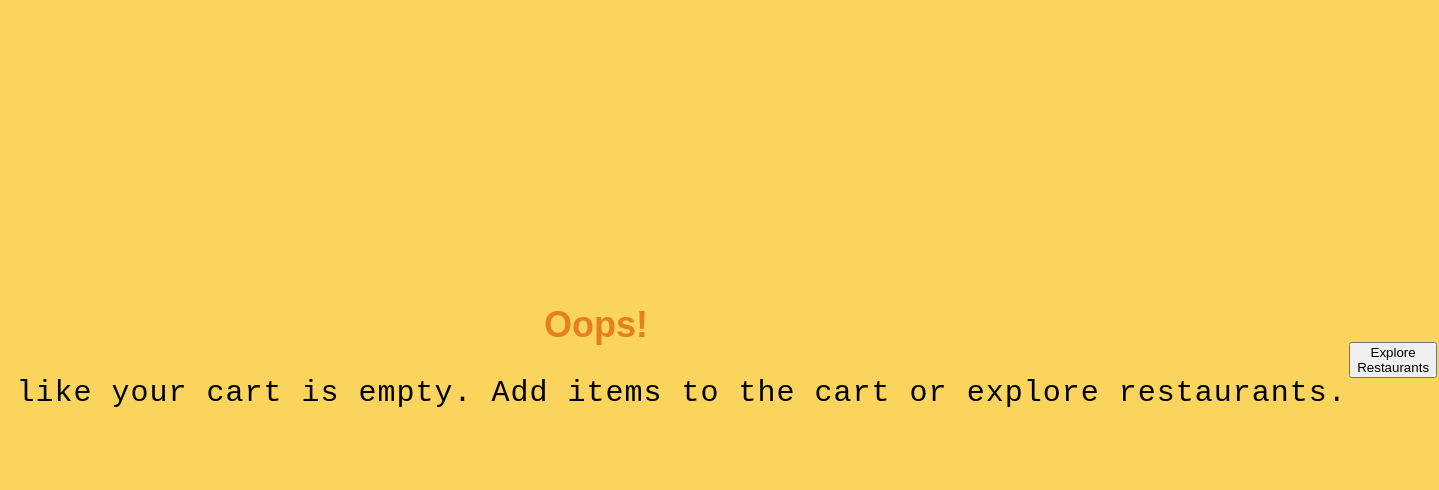
Repository: SWATHIBHUMA/FoodDelivaryApp
Page: http://localhost/FoodDelivaryApp/errorPage.jsp
These files come from the project's save history. The page is drawn as it stood at one moment and after the next save; the edit follows.
The browser window is 1280 px wide. The page is 1439 px wide, then 1400 px, so the pictures cover 1439 px, including what lies to the right of the window. The pictures show the whole page.
The page is served by Tomcat 9. Other server files are loaded and not shown.

Above is the page before, as saved 2024-01-14 12:20:14.

### FoodDelivaryApp/src/main/webapp/errorPage.jsp
<%@ page language="java" contentType="text/html; charset=UTF-8" pageEncoding="UTF-8"%>

<!DOCTYPE html>
<html lang="en">
<head>
    <meta charset="UTF-8">
    <meta http-equiv="X-UA-Compatible" content="IE=edge">
    <meta name="viewport" content="width=device-width, initial-scale=1.0">
    <title>Error - Nothing in Cart</title>
    <style>
        body {
            font-family: 'Arial', sans-serif;
            background-color: #fbd45d; /* Warm yellow background */
            margin: 0;
            padding: 0;
            display: flex;
            align-items: center;
            justify-content: center;
            height: 100vh;
            text-align: center;
        }
		.container{
			display: inline-block;
		}

		.text{
			font-size: 30px;
			letter-spacing: 1px;
			font-family: monospace;
			border-right: 5px solid;
			width: 100%;
			white-space: nowrap;
			overflow: hidden;
			animation:
				typing 2s,
				cursor .4s step-end infinite alternate;
		}
		@keyframes cursor{
			50%{ border-color: transparent}
		}

		@keyframes typing{
			from{width: 0}
		}

		}

        button.back-to-restaurants-btn {
    background-color: #e67e22; /* Dark orange button color */
    color: #ffffff; /* White button text color */
    padding: 15px 30px;
    font-size: 24px; /* Increased font size */
    border: none;
    border-radius: 8px;
    cursor: pointer;
    transition: background-color 0.3s ease;
    outline: none; /* Remove default focus outline */
}

button.back-to-restaurants-btn:hover {
    background-color: #d35400; /* Darker orange on hover */
}


		h1 {
            color: #e67e22; /* Dark orange text */
            margin-bottom: 20px;
            font-size: 36px; /* Increased font size */
            animation: bounce 1s forwards; /* Change infinite to forwards for single time bounce */
        }
        @keyframes bounce {
            0%, 20%, 50%, 80%, 100% {
                transform: translateY(0);
            }
            40% {
                transform: translateY(-20px);
            }
            60% {
                transform: translateY(-10px);
            }
        }

        @keyframes typing {
            from {
                width: 0;
            }
        }

        @keyframes fadeIn {
            from {
                opacity: 0;
            }
            to {
                opacity: 1;
            }
        }
    </style>
</head>
<body>
    <div class="container">
        <h1>Oops!</h1>
        <p class="text">It seems like your cart is empty. Add items to the cart or explore restaurants.</p>
    </div>
        <button onclick="window.location.href='<%= request.getContextPath() %>/Restaurents'" class="back-to-restaurants-btn">Explore Restaurants</button>
</body>
</html>

After the next save:
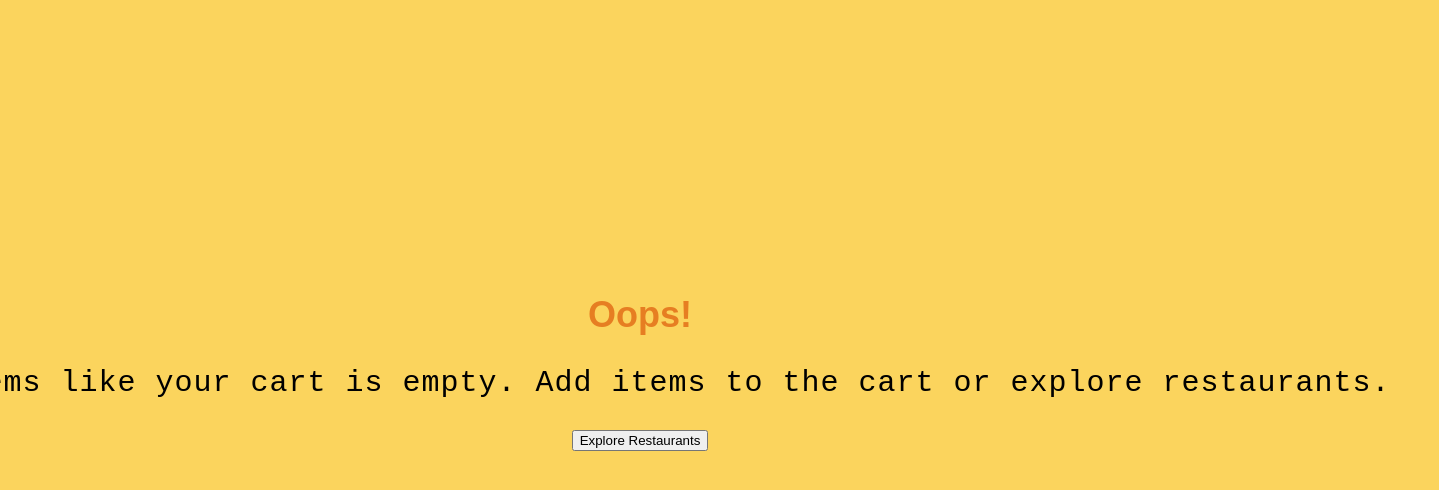
Saved 15 s later.
--- a/FoodDelivaryApp/src/main/webapp/errorPage.jsp
+++ b/FoodDelivaryApp/src/main/webapp/errorPage.jsp
@@ -100,7 +100,7 @@ button.back-to-restaurants-btn:hover {
     <div class="container">
         <h1>Oops!</h1>
         <p class="text">It seems like your cart is empty. Add items to the cart or explore restaurants.</p>
+        <button onclick="window.location.href='<%= request.getContextPath() %>/Restaurents'" class="back-to-restaurants-btn">Explore Restaurants</button>
     </div>
-        <button onclick="window.location.href='<%= request.getContextPath() %>/Restaurents'" class="back-to-restaurants-btn">Explore Restaurants</button>
 </body>
 </html>
